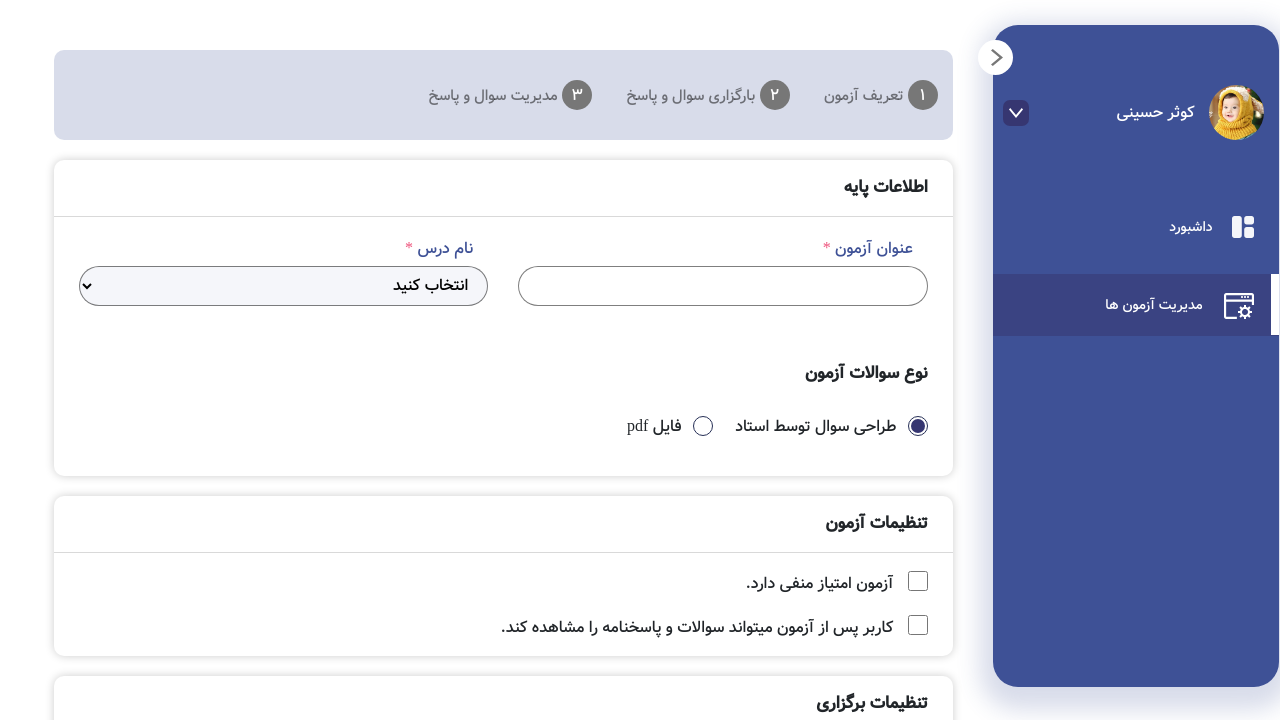
Repository: kosar78/quiz-online
Page: teacher-panel-create-test.html
An editor plug-in stored every save of this project. The page is shown before and after the next save, followed by the edit.
The browser window is 1280 px wide. The pictures show the whole page.
An inner scrolling area shows only its first screen.

Above is the page before, as saved 2021-12-02 23:51:45.

After the next save:
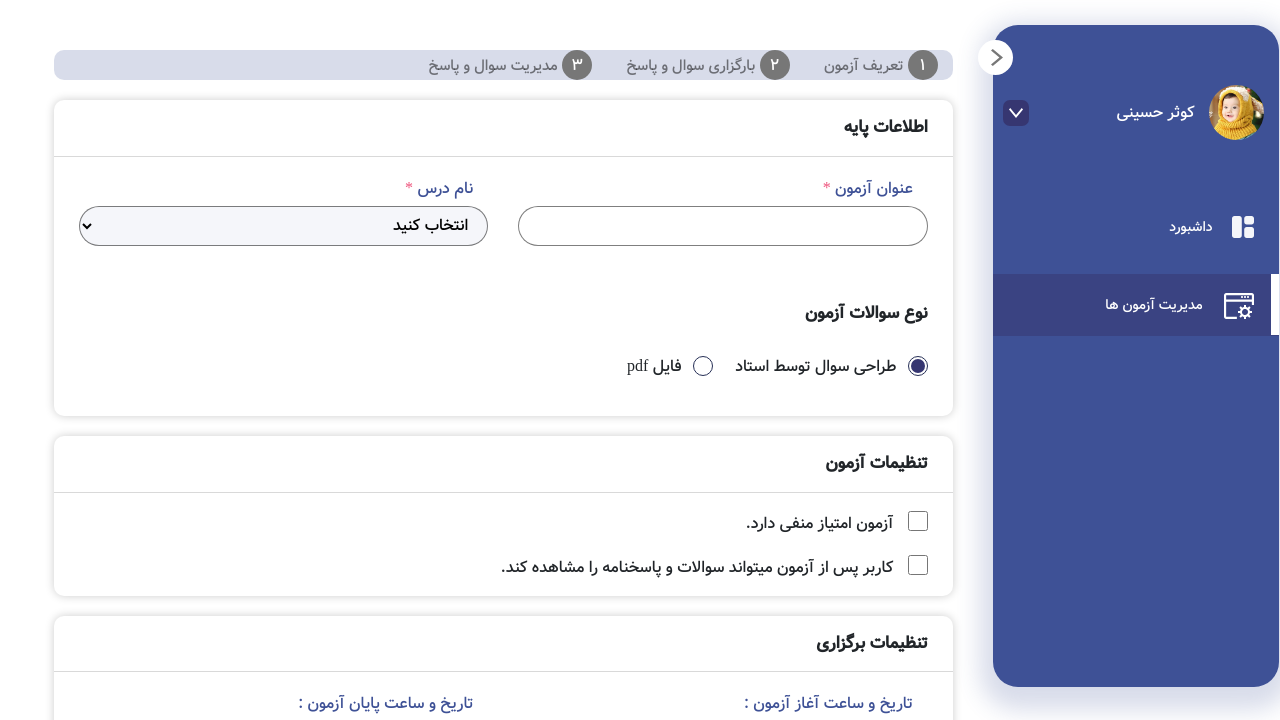
Saved 109 s later.
--- a/css/teacher-panel-create-test.css
+++ b/css/teacher-panel-create-test.css
@@ -233,7 +233,8 @@
 .steps{
     background: rgba(62, 81, 150, 0.2);
     border-radius: 10px;
-    padding: 30px 25px;
+    padding-left: 25px;
+    padding-right: 25px;
 }
 .steps ul{
     margin-bottom: 0 !important;

After the save that followed:
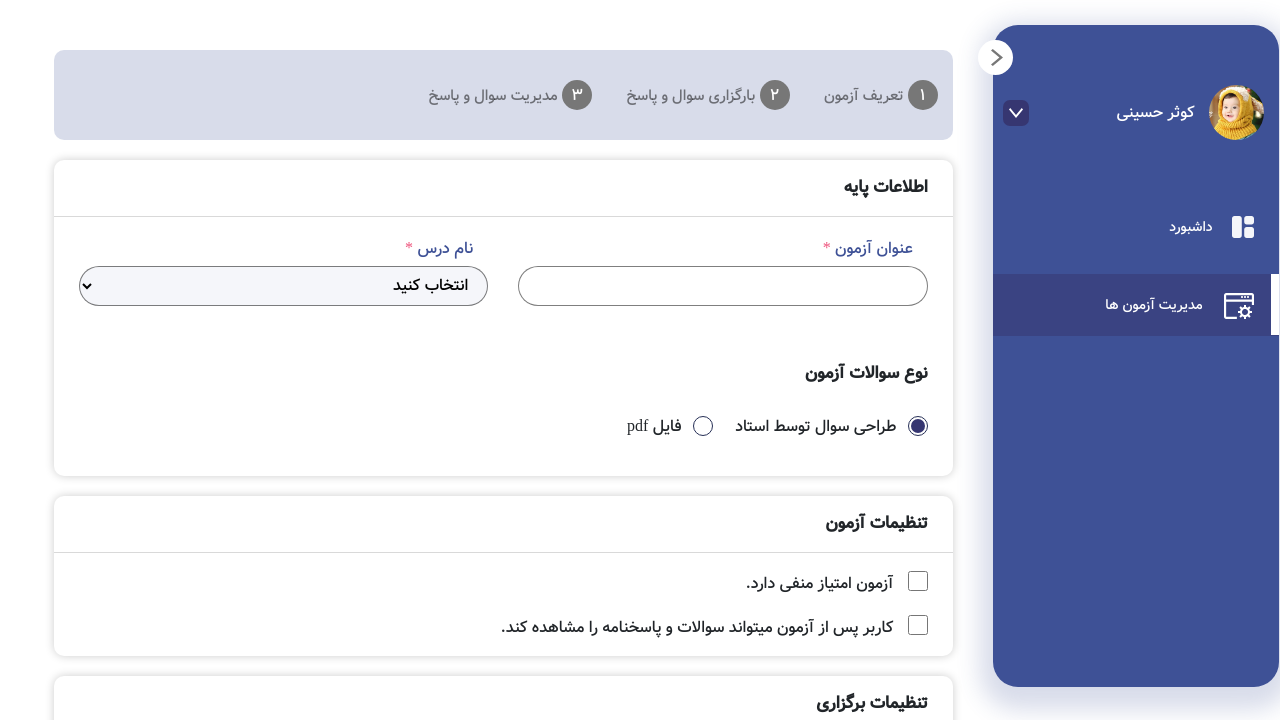
Saved 17 s later.
--- a/css/teacher-panel-create-test.css
+++ b/css/teacher-panel-create-test.css
@@ -256,4 +256,6 @@
 }
 .li-ul1{
     margin-left: 30px;
-}
+    margin-top: 30px;
+    margin-bottom: 30px;
+}
